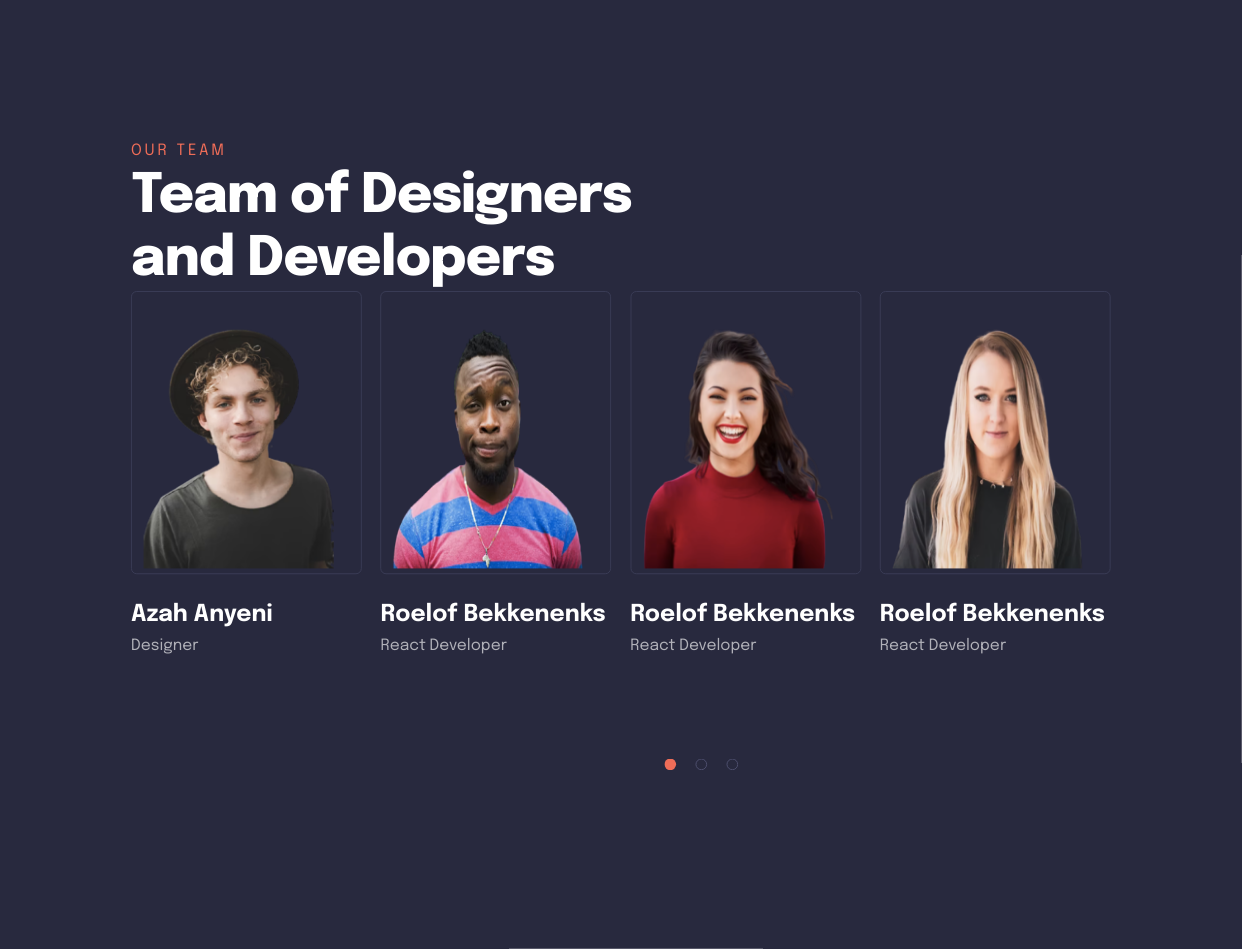
Repository: HeybetzadeQedim/task-6
Page: TEAM/index.html
These files come from the project's save history. The page is drawn as it stood at one moment and after the next save; the edit follows.
The browser window is 1280 px wide. The pictures show the whole page, at 97% of full size.

Above is the page before, as saved 2023-10-30 16:17:43.

After the next save:
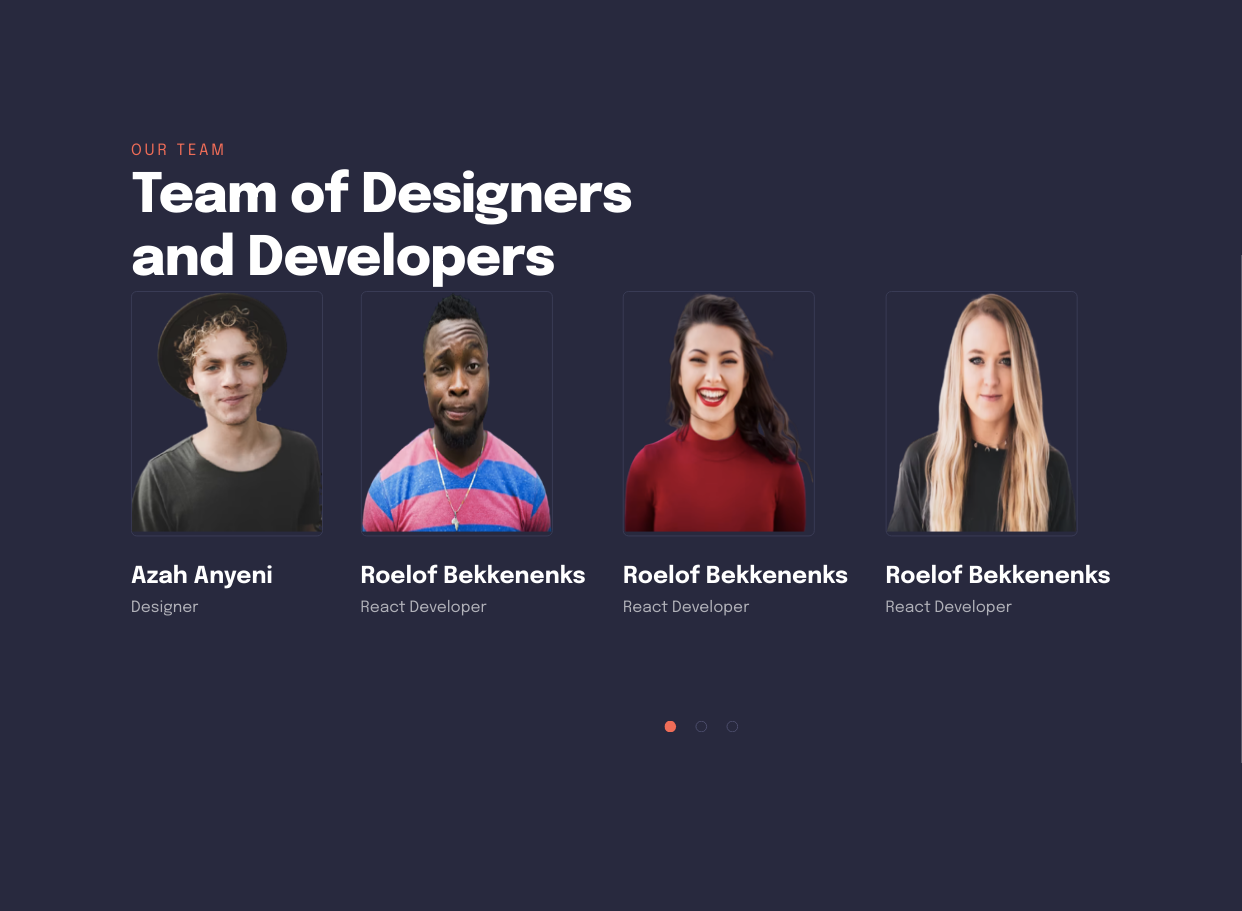
Saved 7 s later.
--- a/TEAM/index.css
+++ b/TEAM/index.css
@@ -103,7 +103,7 @@
   height: 233px;
 }
 .img-border {
-  padding: 38px 28px 1px 12px;
+  /* padding: 38px 28px 1px 12px; */
   border-radius: 6px;
   border: 1px solid #3a3c56;
   display: inline-block;
